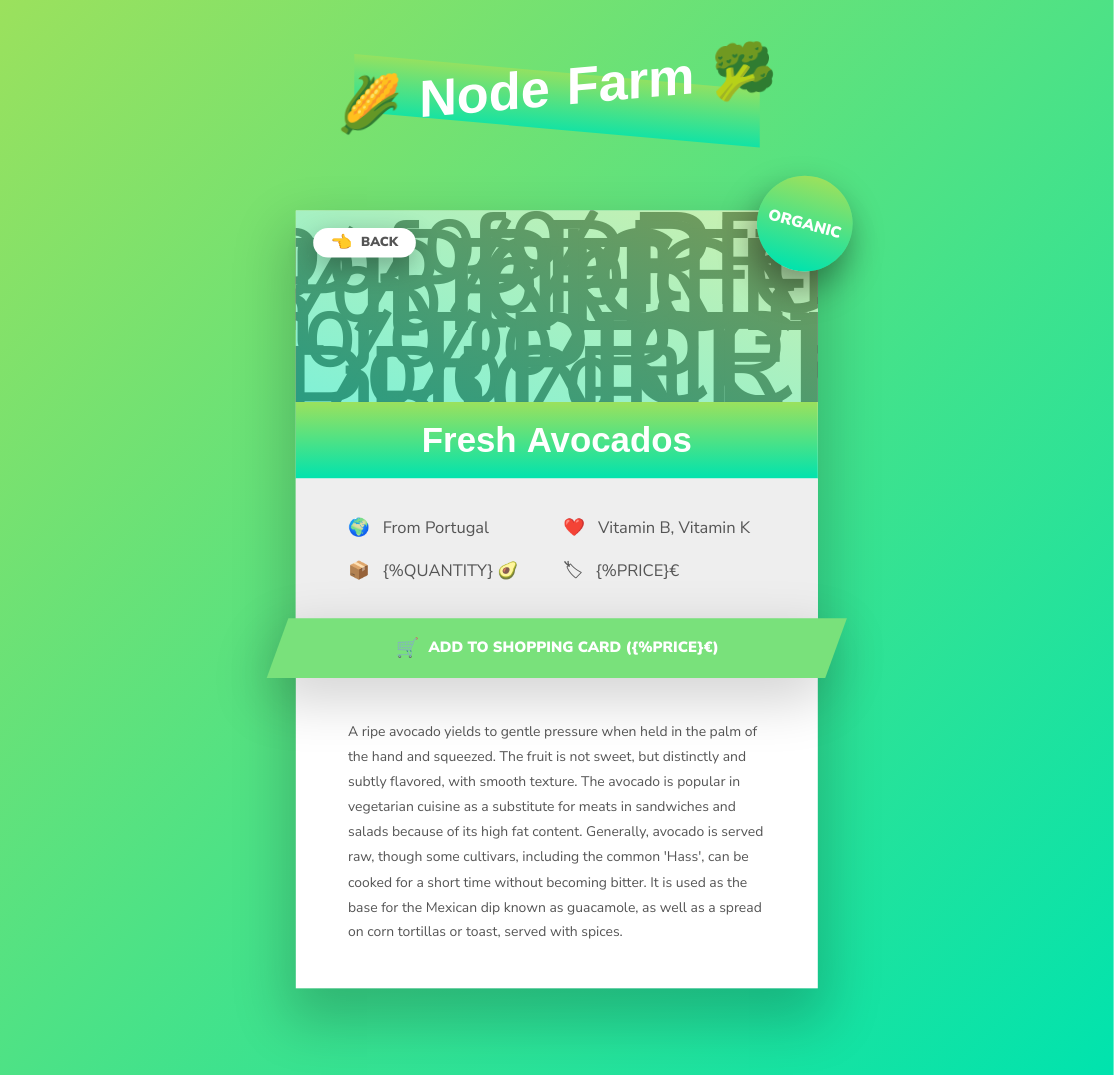
Repository: 13-Joban/Node_Farm_Backend
Page: templates/product.html
These files come from the project's save history. The page is drawn as it stood at one moment and after a run of saves; the edit follows.
The browser window is 1280 px wide. The pictures show the whole page, at 87% of full size.
Some web fonts or font styles are not loaded; a fallback is used.

Above is the page before, as saved 2022-07-16 16:59:57.

After the next 4 saves:
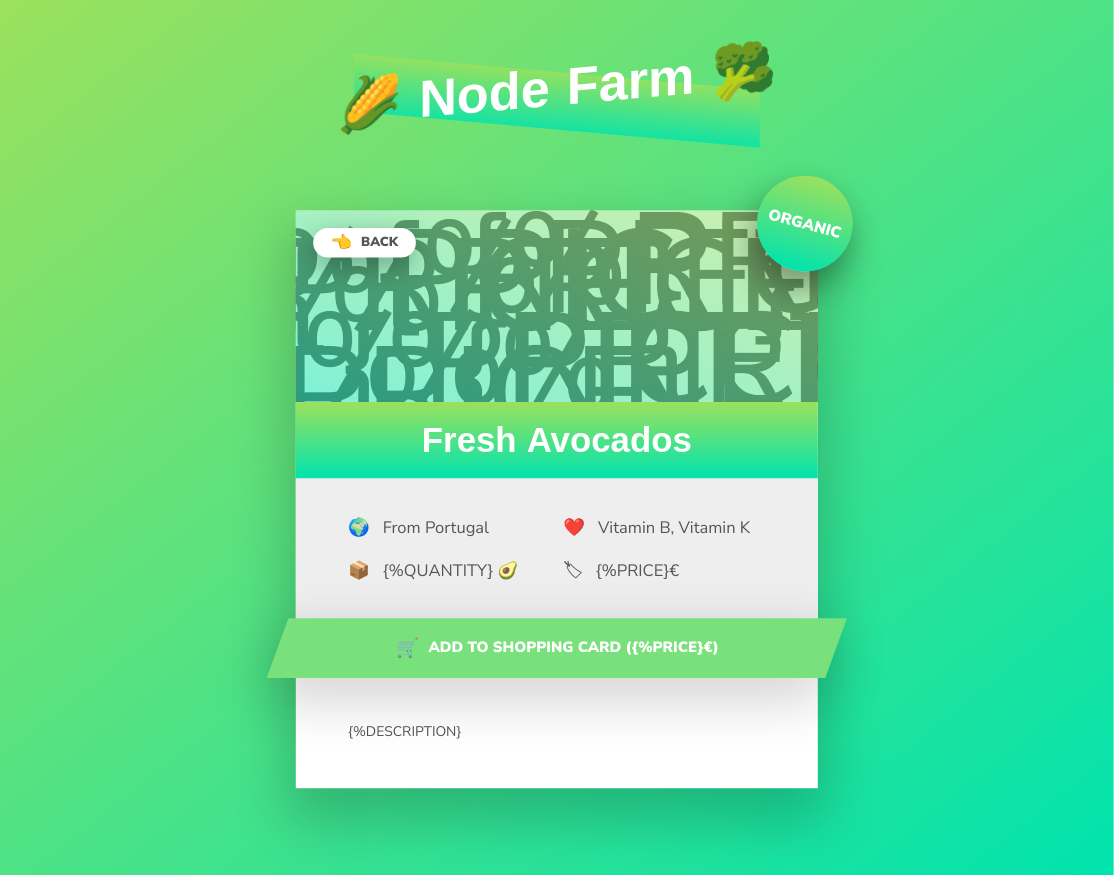
The 4 saves are shown as one change because they came seconds apart.
The last was saved 14 s later.
--- a/templates/product.html
+++ b/templates/product.html
@@ -299,15 +299,7 @@
         </a>
 
         <p class="product__description">
-          A ripe avocado yields to gentle pressure when held in the palm of the
-          hand and squeezed. The fruit is not sweet, but distinctly and subtly
-          flavored, with smooth texture. The avocado is popular in vegetarian
-          cuisine as a substitute for meats in sandwiches and salads because of
-          its high fat content. Generally, avocado is served raw, though some
-          cultivars, including the common 'Hass', can be cooked for a short time
-          without becoming bitter. It is used as the base for the Mexican dip
-          known as guacamole, as well as a spread on corn tortillas or toast,
-          served with spices.
+          {%DESCRIPTION}
         </p>
       </figure>
 
